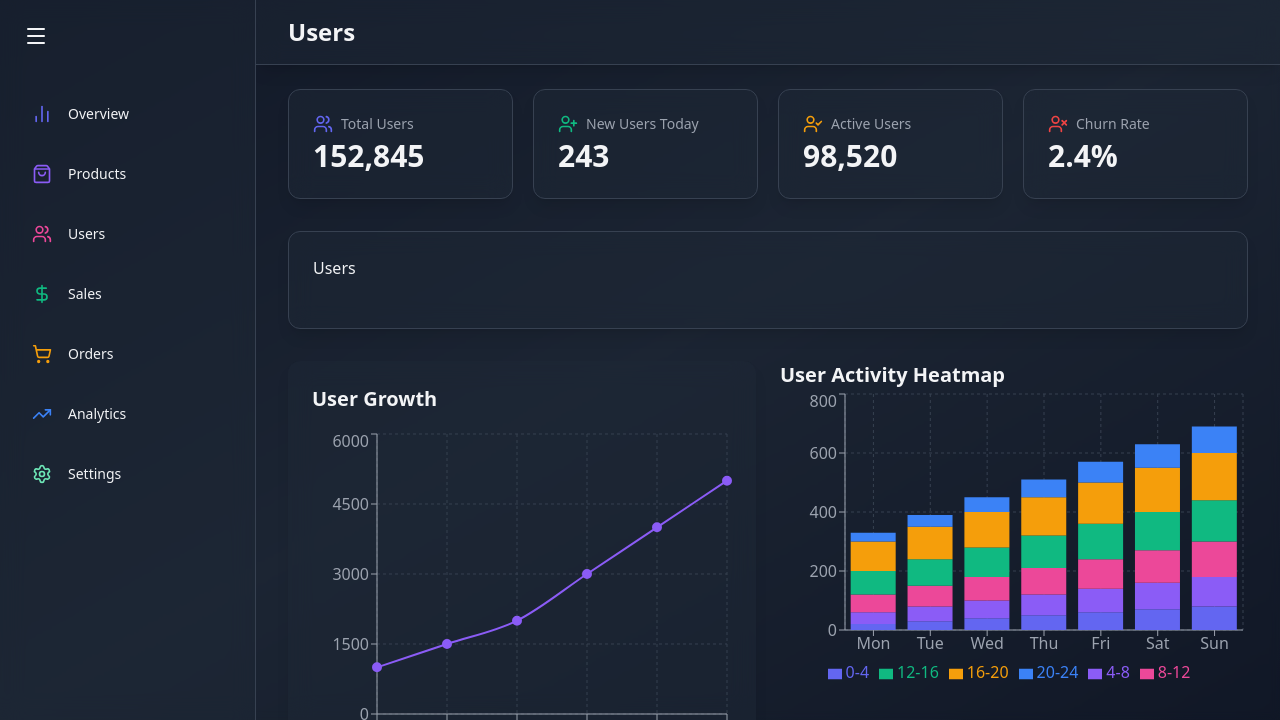
Repository: Abdirabi11/React-dashboard
Page: /users
These files come from the project's save history. The page is drawn as it stood at one moment and after a run of saves; the edit follows.
The browser window is 1280 px wide. The pictures show the whole page.
An inner scrolling area shows only its first screen. The project was rebuilt for these pictures with package versions that can differ from the ones it lists, and the page was loaded fresh each time. Also part of the build but not shown: vite.config.js, src/components/overview/SalesOverviewChart.jsx, src/components/overview/CategoryDistributionChart.jsx, src/components/overview/SalesChannelChart.jsx, src/pages/OverviewPage.jsx, src/components/products/SalesTrendChart.jsx, src/components/products/ProductsTable.jsx, src/pages/ProductsPage.jsx and 4 more.

Above is the page before, as saved 2025-07-18 21:49:24.

### src/components/common/Sidebar.jsx
import { BarChart2, DollarSign, Menu, Settings, ShoppingBag, ShoppingCart, TrendingUp, Users } from "lucide-react";
import { useState } from "react";
import { AnimatePresence, motion } from "framer-motion";
import { Link } from "react-router-dom";

const SIDEBAR_ITEMS = [
	{
		name: "Overview",
		icon: BarChart2,
		color: "#6366f1",
		href: "/",
	},
	{ name: "Products", icon: ShoppingBag, color: "#8B5CF6", href: "/products" },
	{ name: "Users", icon: Users, color: "#EC4899", href: "/users" },
	{ name: "Sales", icon: DollarSign, color: "#10B981", href: "/sales" },
	{ name: "Orders", icon: ShoppingCart, color: "#F59E0B", href: "/orders" },
	{ name: "Analytics", icon: TrendingUp, color: "#3B82F6", href: "/analytics" },
	{ name: "Settings", icon: Settings, color: "#6EE7B7", href: "/settings" },
];

const Sidebar = () => {
	const [isSidebarOpen, setIsSidebarOpen] = useState(true);

	return (
		<motion.div
			className={`relative z-10 transition-all duration-300 ease-in-out flex-shrink-0 ${
				isSidebarOpen ? "w-64" : "w-20"
			}`}
			animate={{ width: isSidebarOpen ? 256 : 80 }}
		>
			<div className='h-full bg-gray-800 bg-opacity-50 backdrop-blur-md p-4 flex flex-col border-r border-gray-700'>
				<motion.button
					whileHover={{ scale: 1.1 }}
					whileTap={{ scale: 0.9 }}
					onClick={() => setIsSidebarOpen(!isSidebarOpen)}
					className='p-2 rounded-full hover:bg-gray-700 transition-colors max-w-fit'
				>
					<Menu size={24} />
				</motion.button>

				<nav className='mt-8 flex-grow'>
					{SIDEBAR_ITEMS.map((item) => (
						<Link key={item.href} to={item.href}>
							<motion.div className='flex items-center p-4 text-sm font-medium rounded-lg hover:bg-gray-700 transition-colors mb-2'>
								<item.icon size={20} style={{ color: item.color, minWidth: "20px" }} />
								<AnimatePresence>
									{isSidebarOpen && (
										<motion.span
											className='ml-4 whitespace-nowrap'
											initial={{ opacity: 0, width: 0 }}
											animate={{ opacity: 1, width: "auto" }}
											exit={{ opacity: 0, width: 0 }}
											transition={{ duration: 0.2, delay: 0.3 }}
										>
											{item.name}
										</motion.span>
									)}
								</AnimatePresence>
							</motion.div>
						</Link>
					))}
				</nav>
			</div>
		</motion.div>
	);
};
export default Sidebar;

### src/pages/UsersPage.jsx
import { motion } from "framer-motion";
import { UserCheck, UserPlus, UsersIcon, UserX } from "lucide-react";
import Header from "../components/common/Header";
import StatCard from "../components/common/StatCard";
import UserActivityHeatmap from "../components/users/UserActivityHeatmap";
import UserDemographicsChart from "../components/users/UserDemographicsChart";
import UserGrowthChart from "../components/users/UserGrowthChart";
import UsersTable from "../components/users/UsersTable";

const userStats = {
	totalUsers: 152845,
	newUsersToday: 243,
	activeUsers: 98520,
	churnRate: "2.4%",
};

const UsersPage = () => {
	return (
		<div className="flex-1 overflow-auto relative z-10">
			<Header title='Users'/>
			<main className="max-w-7xl mx-auto py-6 px-4 lg:px-8">
				<motion.div
				 className="grid grid-cols-1 gap-5 sm:grid-cols-2 lg:grid-cols-4 mb-8"
				 initial={{ opacity: 0, y: 20 }}
				 animate={{ opacity: 1, y: 0 }}
				 transition={{ duration: 1 }}
				>
					<StatCard
					 name='Total Users'
					 icon={UsersIcon}
					 value={userStats.totalUsers.toLocaleString()}
					 color='#6366F1'
					/>
					<StatCard name='New Users Today' icon={UserPlus} value={userStats.newUsersToday} color='#10B981' />
					<StatCard
						name='Active Users'
						icon={UserCheck}
						value={userStats.activeUsers.toLocaleString()}
						color='#F59E0B'
					/>
					<StatCard name='Churn Rate' icon={UserX} value={userStats.churnRate} color='#EF4444' />
				</motion.div>
				<UsersTable />
				<div className='grid grid-cols-1 lg:grid-cols-2 gap-6 mt-8'>
					<UserGrowthChart />
					<UserActivityHeatmap />
					<UserDemographicsChart />
				</div>
			</main>
		</div>
	);
};
export default UsersPage;

### src/components/users/UserActivityHeatmap.jsx
import { Bar, BarChart, CartesianGrid, Legend, ResponsiveContainer, Tooltip, XAxis, YAxis } from "recharts";
import { motion } from "framer-motion";

const userActivityData = [
	{ name: "Mon", "0-4": 20, "4-8": 40, "8-12": 60, "12-16": 80, "16-20": 100, "20-24": 30 },
	{ name: "Tue", "0-4": 30, "4-8": 50, "8-12": 70, "12-16": 90, "16-20": 110, "20-24": 40 },
	{ name: "Wed", "0-4": 40, "4-8": 60, "8-12": 80, "12-16": 100, "16-20": 120, "20-24": 50 },
	{ name: "Thu", "0-4": 50, "4-8": 70, "8-12": 90, "12-16": 110, "16-20": 130, "20-24": 60 },
	{ name: "Fri", "0-4": 60, "4-8": 80, "8-12": 100, "12-16": 120, "16-20": 140, "20-24": 70 },
	{ name: "Sat", "0-4": 70, "4-8": 90, "8-12": 110, "12-16": 130, "16-20": 150, "20-24": 80 },
	{ name: "Sun", "0-4": 80, "4-8": 100, "8-12": 120, "12-16": 140, "16-20": 160, "20-24": 90 },
];


const UserActivityHeatmap = () => {
  return (
    <motion.div>
        <h2 className="text-xl font-semibold text-gray-100 mb-4'"> User Activity Heatmap </h2>
        <div style={{ width: "100%", height: 300 }}>
            <ResponsiveContainer>
                <BarChart data={userActivityData}>
                    <CartesianGrid strokeDasharray='3 3' stroke='#374151' />
                    <XAxis dataKey='name' stroke='#9CA3AF' />
					<YAxis stroke='#9CA3AF' />
                    <Tooltip
                        contentStyle={{
                            backgroundColor: "rgba(31, 41, 55, 0.8)",
                            borderColor: "#4B5563",
                        }}
                        itemStyle={{ color: "#E5E7EB" }}
                    />
                    <Legend />
                    <Bar dataKey='0-4' stackId='a' fill='#6366F1' />
                    <Bar dataKey='4-8' stackId='a' fill='#8B5CF6' />
                    <Bar dataKey='8-12' stackId='a' fill='#EC4899' />
					<Bar dataKey='12-16' stackId='a' fill='#10B981' />
                    <Bar dataKey='16-20' stackId='a' fill='#F59E0B' />
					<Bar dataKey='20-24' stackId='a' fill='#3B82F6' />
                </BarChart>
            </ResponsiveContainer>
        </div>
    </motion.div>
  )
}

export default UserActivityHeatmap

### src/components/users/UserDemographicsChart.jsx
import { motion } from "framer-motion";
import { PieChart, Pie, Cell, ResponsiveContainer, Tooltip, Legend } from "recharts";


const COLORS = ["#8884d8", "#82ca9d", "#ffc658", "#ff8042", "#0088FE"];

const userDemographicsData = [
	{ name: "18-24", value: 20 },
	{ name: "25-34", value: 30 },
	{ name: "35-44", value: 25 },
	{ name: "45-54", value: 15 },
	{ name: "55+", value: 10 },
];

const UserDemographicsChart = () => {
  return (
    <motion.div
        className='bg-gray-800 bg-opacity-50 backdrop-blur-md shadow-lg rounded-xl p-6 border border-gray-700 lg:col-span-2'
        initial={{ opacity: 0, y: 20 }}
        animate={{ opacity: 1, y: 0 }}
        transition={{ delay: 0.5 }}
    >
      <h2 className='text-xl font-semibold text-gray-100 mb-4'>User Demographics</h2>
		<div style={{ width: "100%", height: 300 }}>

        </div>
    </motion.div>
  )
}

export default UserDemographicsChart

### src/components/users/UserGrowthChart.jsx
import { LineChart, Line, XAxis, YAxis, CartesianGrid, Tooltip, ResponsiveContainer } from "recharts";
import { motion } from "framer-motion";

const userGrowthData = [
	{ month: "Jan", users: 1000 },
	{ month: "Feb", users: 1500 },
	{ month: "Mar", users: 2000 },
	{ month: "Apr", users: 3000 },
	{ month: "May", users: 4000 },
	{ month: "Jun", users: 5000 },
];

const UserGrowthChart = () => {
  return (
    <motion.div
      className="bg-gray-800 bg-opacity-50 backdrop-blur-md shadow-lg rounded-xl p-6 border-gray-700"
      initial={{ opacity: 0, y: 20 }}
			animate={{ opacity: 1, y: 0 }}
			transition={{ delay: 0.3 }}
    >
      <h2 className='text-xl font-semibold text-gray-100 mb-4'>User Growth</h2>
			<div className='h-[320px]'>
        <ResponsiveContainer width='100%' height='100%'>
          <LineChart data={userGrowthData}>
            <CartesianGrid strokeDasharray='3 3' stroke='#374151' />
            <XAxis dataKey='month' stroke='#9CA3AF' />
            <YAxis stroke='#9CA3AF' />
            <Tooltip
							contentStyle={{
								backgroundColor: "rgba(31, 41, 55, 0.8)",
								borderColor: "#4B5563",
							}}
							itemStyle={{ color: "#E5E7EB" }}
						/>
            <Line
							type='monotone'
							dataKey='users'
							stroke='#8B5CF6'
							strokeWidth={2}
							dot={{ fill: "#8B5CF6", strokeWidth: 2, r: 4 }}
							activeDot={{ r: 8 }}
						/>
          </LineChart>
        </ResponsiveContainer>
      </div>
    </motion.div>
  )
}

export default UserGrowthChart

### src/components/users/UsersTable.jsx
import { useState } from "react";
import { motion } from "framer-motion";
import { Search } from "lucide-react";

const UsersTable = () => {
  const userData = [
    { id: 1, name: "John Doe", email: "john@example.com", role: "Customer", status: "Active" },
    { id: 2, name: "Jane Smith", email: "jane@example.com", role: "Admin", status: "Active" },
    { id: 3, name: "Bob Johnson", email: "bob@example.com", role: "Customer", status: "Inactive" },
    { id: 4, name: "Alice Brown", email: "alice@example.com", role: "Customer", status: "Active" },
    { id: 5, name: "Charlie Wilson", email: "charlie@example.com", role: "Moderator", status: "Active" },
  ];

  const [searchTerm, setSearchTerm] = useState('')
  const [filteredUsers, setFilteredUsers] = useState(userData)


  return (
    <motion.div
      className="bg-gray-800 bg-opacity-50 backdrop-blur-md shadow-lg rounded-xl p-6 border border-gray-700"
      initial={{ opacity: 0, y: 20 }}
			animate={{ opacity: 1, y: 0 }}
			transition={{ delay: 0.2 }}
    >
      <div className="flex justify-between items-center mb-6">
        <h2 className="text-gray-100">Users</h2>
        <div></div>
      </div>
    </motion.div>
  )
}

export default UsersTable

Loaded but not shown: index.html (common file); src/main.jsx (common file); src/App.jsx (common file); src/index.css (common file); src/components/common/Header.jsx (common file); src/components/common/StatCard.jsx (common file); tailwind.config.js (common file)

After the next 2 saves:
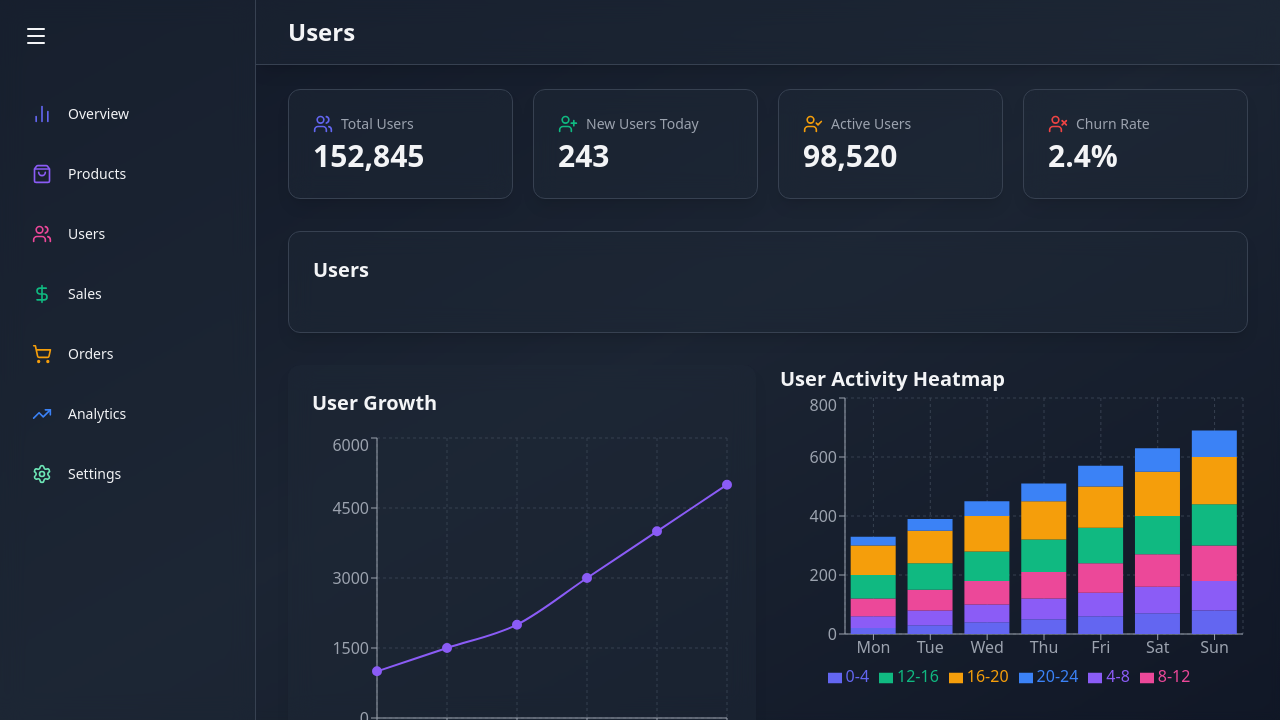
The 2 saves are shown as one change because they came seconds apart.
The last was saved 21 s later.
--- a/src/components/users/UsersTable.jsx
+++ b/src/components/users/UsersTable.jsx
@@ -23,7 +23,7 @@ const UsersTable = () => {
 			transition={{ delay: 0.2 }}
     >
       <div className="flex justify-between items-center mb-6">
-        <h2 className="text-gray-100">Users</h2>
+        <h2 className="text-xl font-semibold text-gray-100">Users</h2>
         <div></div>
       </div>
     </motion.div>
